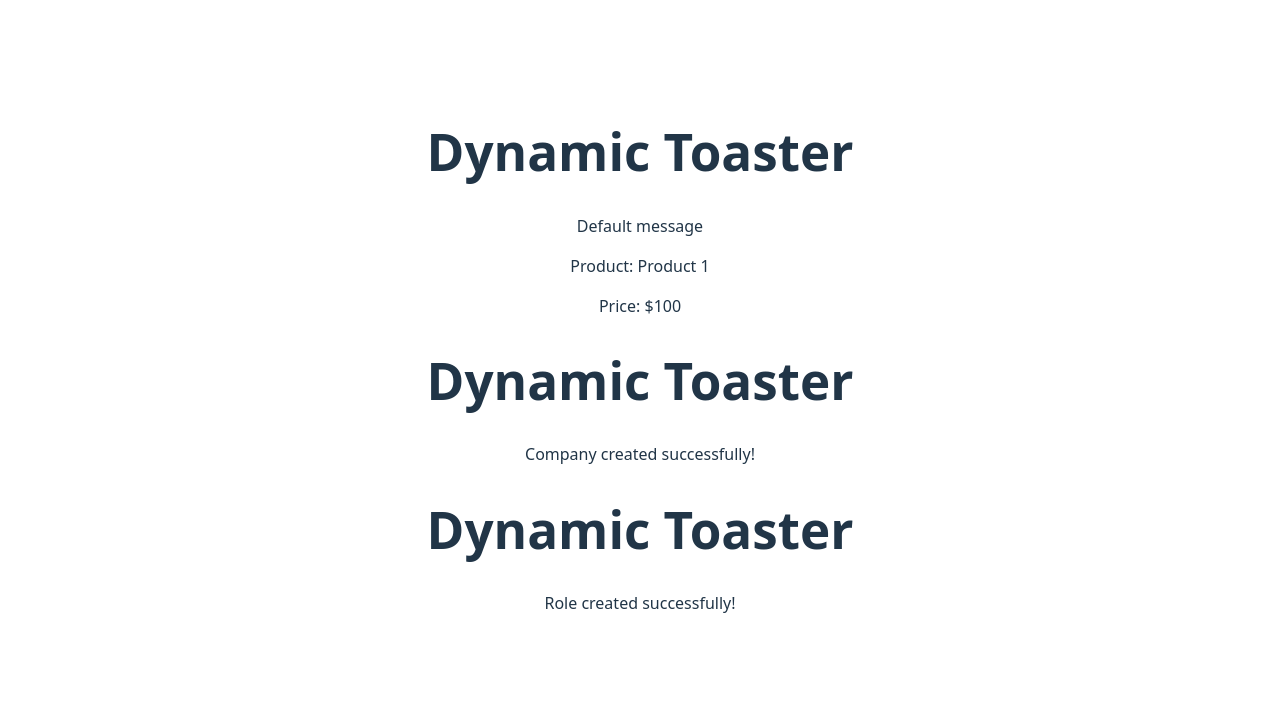
Repository: Janum4444/React-learning
Page: /
These files come from the project's save history. The page is drawn as it stood at one moment and after the next save; the edit follows.
The browser window is 1280 px wide. The pictures show the whole page.
The project was rebuilt for these pictures with package versions that can differ from the ones it lists, and the page was loaded fresh each time. Also part of the build but not shown: vite.config.js, src/Hello.jsx, src/UserProfile.jsx.

Above is the page before, as saved 2026-02-22 12:31:54.

After the next save:
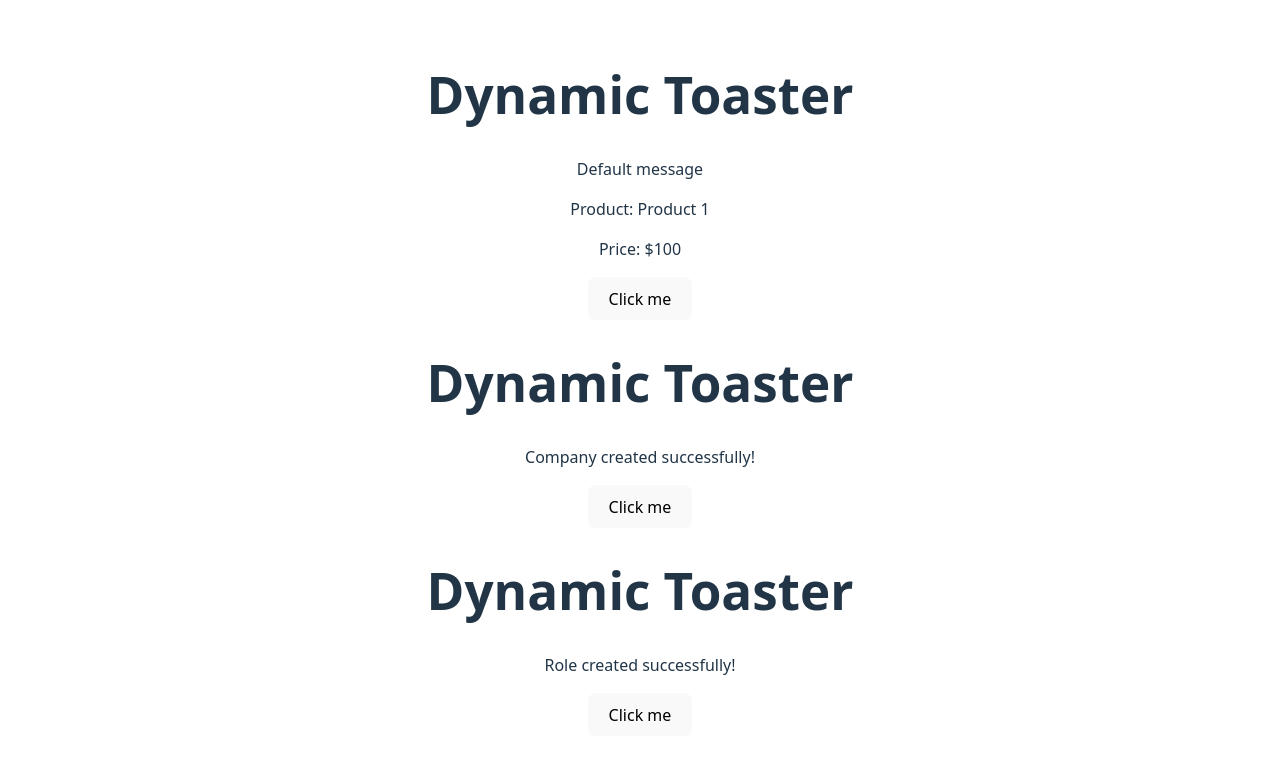
Saved 13 s later.
--- a/src/DynamicToaster.jsx
+++ b/src/DynamicToaster.jsx
@@ -1,3 +1,5 @@
+import { Button } from "./Button"
+
 export const DynamicToaster = ({message = "Default message", product}) => {
     // console.log(props);
     // let {message, product} = props
@@ -12,6 +14,8 @@ export const DynamicToaster = ({message = "Default message", product}) => {
                     <p>Price: ${product.price}</p>
                 </div>
             )}
+
+            <Button label="Click me" onClick={() => alert("Button clicked!")} />
         </div>
     )
 }
